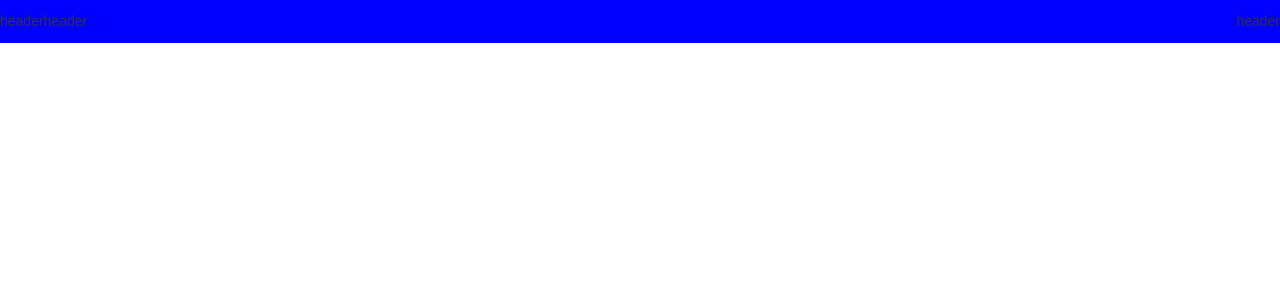
Repository: ruanjiangongcheng250/travel
Page: /
The author's editor kept a copy of each file at every save. The page is drawn from the files as they stood at one save, then again after the next save.
The browser window is 1280 px wide. The pictures show the whole page.
The project was rebuilt for these pictures with package versions that can differ from the ones it lists, and the page was loaded fresh each time. Also part of the build but not shown: src/assets/styles/border.css.

Above is the page before, as saved 2019-06-12 09:46:07.

### index.html
<!DOCTYPE html>
<html>
  <head>
    <meta charset="utf-8">
    <meta name="viewport" content="width=device-width,initial-scale=1.0,minimum-scale=1.0,maximum-sacle=1.0,user-scalable=no">
    <title>travel</title>
  </head>
  <body>
    <div id="app"></div>
    <!-- built files will be auto injected -->
  </body>
</html>

### src/main.js
// The Vue build version to load with the `import` command
// (runtime-only or standalone) has been set in webpack.base.conf with an alias.
import Vue from 'vue'
import App from './App'
import router from './router'
import './assets/styles/reset.css'
import './assets/styles/border.css'
Vue.config.productionTip = false

/* eslint-disable no-new */
new Vue({
  el: '#app',
  router,
  components: { App },
  template: '<App/>'
})

### src/pages/home/Home.vue
<template>
   <home-header></home-header>
</template>

<script>
import HomeHeader from './components/HomeHeader'
export default {
  name: 'Home',
  components: {
    HomeHeader
  }
}
</script>

<style>

</style>

### src/pages/home/components/HomeHeader.vue
<template>
  <div class="header">
    <div class="header-left">header</div>
    <div class="header-input">header</div>
    <div class="header-right">header</div>
  </div>
</template>

<script>
export default {
  name: 'HomeHeader'
}
</script>

<style lang='stylus' scoped>
  .header
    display: flex;
    line-height: 0.86rem;
    background: blue;
    .header-left
      float: left;
    .header-input
      flex: 1
    .header-right
      float: right;
</style>

Loaded but not shown: src/App.vue (common file); src/router/index.js (common file); src/assets/styles/reset.css (common file)

After the next save:
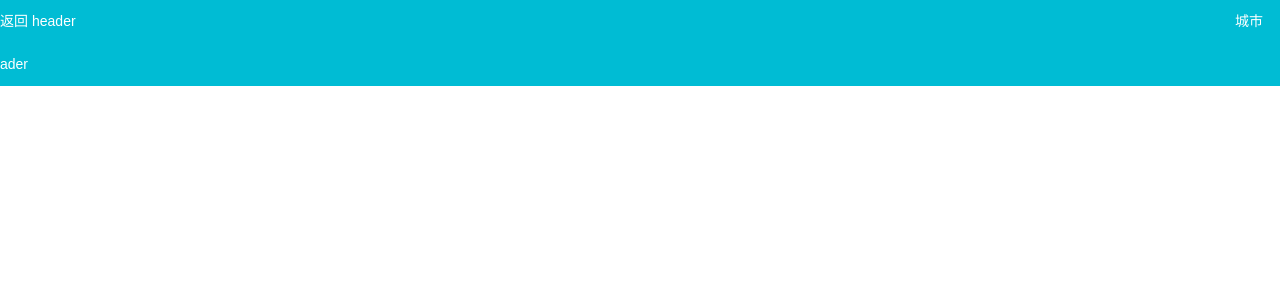
Saved 52 min 58 s later.
--- a/src/pages/home/components/HomeHeader.vue
+++ b/src/pages/home/components/HomeHeader.vue
@@ -1,8 +1,8 @@
 <template>
   <div class="header">
-    <div class="header-left">header</div>
+    <div class="header-left">返回ader</div>
     <div class="header-input">header</div>
-    <div class="header-right">header</div>
+    <div class="header-right">城市</div>
   </div>
 </template>
 
@@ -16,11 +16,15 @@ export default {
   .header
     display: flex;
     line-height: 0.86rem;
-    background: blue;
+    background: #00bcd4;
+    color: #fff;
     .header-left
+      width: .64rem;
       float: left;
     .header-input
       flex: 1
     .header-right
+      width: 1.24rem;
       float: right;
+      text-align: center
 </style>
